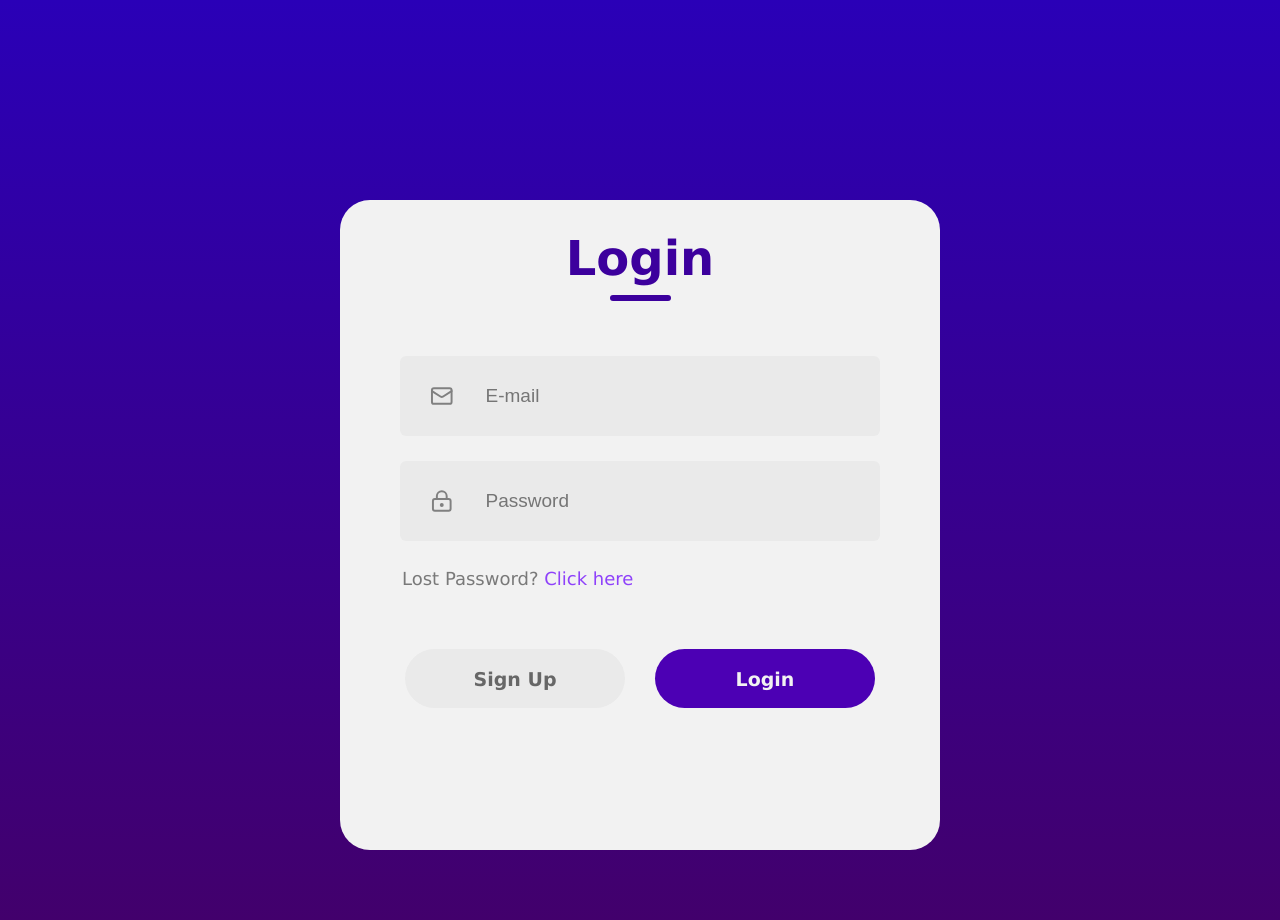
Repository: guilhermecardoso93/login-page
Page: /
An editor plug-in stored every save of this project. The page is shown before and after the next save, followed by the edit.
The browser window is 1280 px wide. The pictures show the whole page.
The project was rebuilt for these pictures with package versions that can differ from the ones it lists, and the page was loaded fresh each time. Also part of the build but not shown: vite.config.js.

Above is the page before, as saved 2024-10-22 19:48:41.

After the next save:
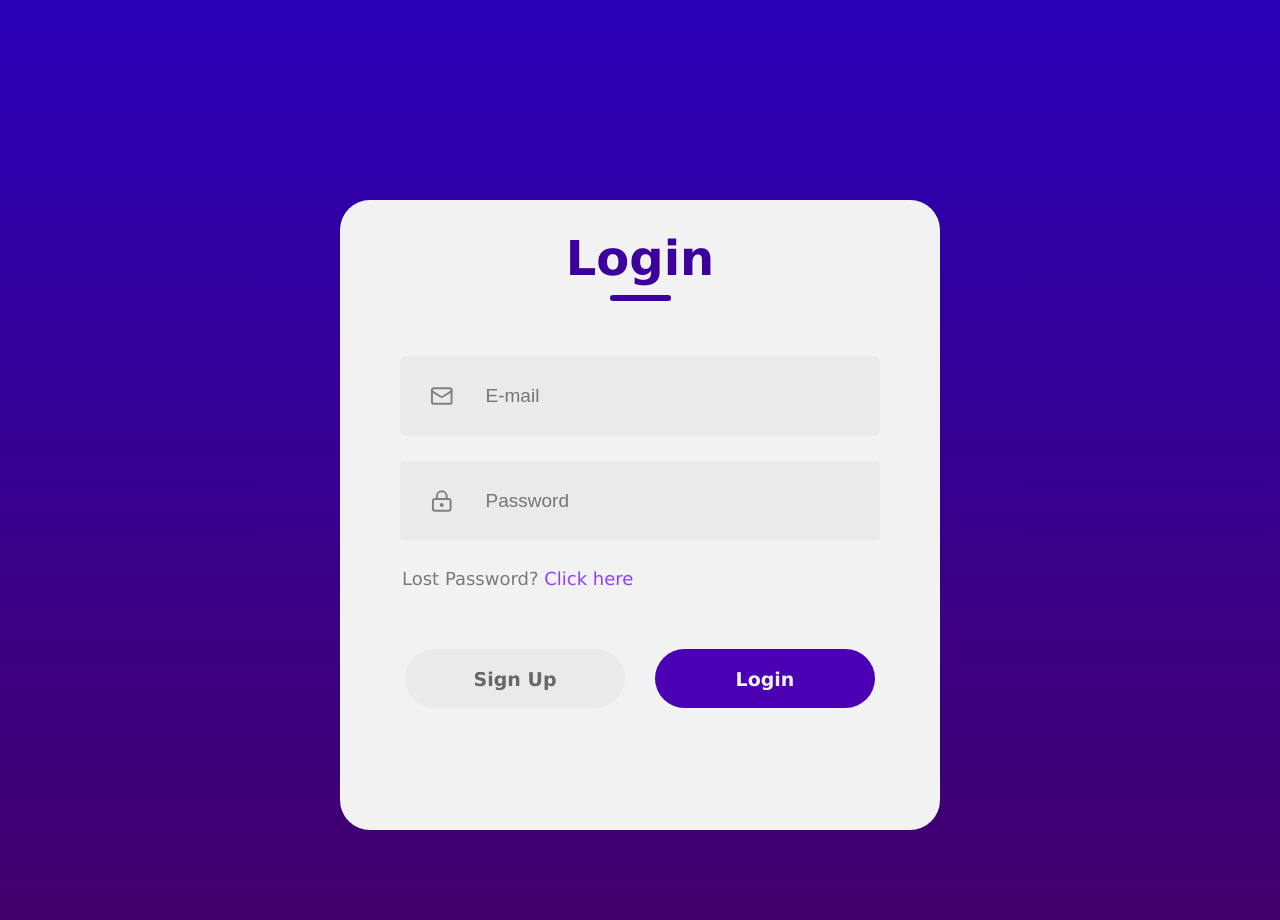
Saved 5 s later.
--- a/src/components/Login/Login.css
+++ b/src/components/Login/Login.css
@@ -4,7 +4,7 @@
   margin: auto;
   margin-top: 200px;
   width: 600px;
-  min-height: 620px;
+  min-height: 600px;
   padding-bottom: 30px;
   border-radius: 30px;
   background: #f2f2f2;
